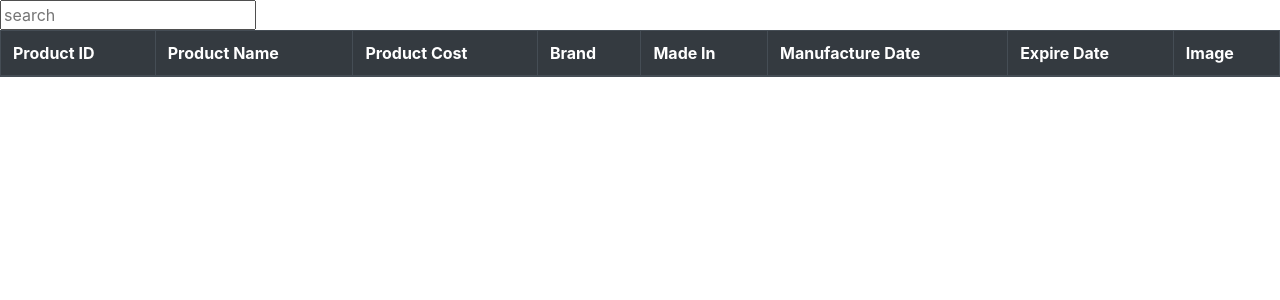
Repository: kamisettiprasanna/AdvJavaPrograms
Page: http://localhost/ProductManagementApp/productList.jsp
An editor plug-in stored every save of this project. The page is shown before and after the next save, followed by the edit.
The browser window is 1280 px wide. The pictures show the whole page.
The page is served by Tomcat 9. Other server files are loaded and not shown. Queries for data that is not in the repository find no rows.

Above is the page before, as saved 2024-03-06 06:38:36.

### ProductManagementApp/src/main/webapp/productList.jsp
<%@page import="com.sathya.servlet.*" import="java.util.Base64"%>
<%@ page language="java" contentType="text/html"%>
<%@taglib uri="http://java.sun.com/jsp/jstl/core" prefix="c" %>


<html>
<head>

<title>Product List</title>
<!-- BootStract CDN link to Get the Support of BootStrap-->

<link rel="stylesheet" href="https://stackpath.bootstrapcdn.com/bootstrap/4.5.2/css/bootstrap.min.css">

</head>
<body>
<div>
<input type="text" placeholder="search">
</div>
<table class="table table-bordered table-striped">

<thead class="thead-dark">
	<tr>

		<th>Product ID</th>
		<th>Product Name</th>
		<th>Product Cost</th>
		<th>Brand</th>
		<th>Made In</th>
		<th>Manufacture Date</th>
		<th>Expire Date</th>
		<th>Image</th>

	</tr>
</thead>

<tbody>
	<c:forEach var="product" items="<%=new ProductDao().findAll()%>">

		<tr>
			<td>${product.proId}</td>
			<td>${product.proName}</td>
			<td>${product.proPrice}</td>
			<td>${product.proBrand}</td>
			<td>${product.promadeIn}</td>
			<td>${product.promDate}</td>
			<td>${product.promeDate}</td>
			<td><img src="data:[embedded picture, 78 characters]" alt="ProductImage" style="max-width: 100px; max-height:100px;"></td>
       </tr>


	</c:forEach>
</tbody>


</table>

</body>
</html>

### ProductManagementApp/src/main/java/com/sathya/servlet/ProductDao.java
package com.sathya.servlet;

	import java.sql.Connection;
	import java.sql.PreparedStatement;
import java.sql.ResultSet;
import java.sql.SQLException;
import java.sql.Statement;
import java.util.ArrayList;
import java.util.List;

	public class ProductDao {
		public int save(Product_data product) throws SQLException
		{
			Connection connection=null;
			PreparedStatement preparedStatement=null;
			int saveResult=0;
			try
			{
				connection=DBconnection.createConnection();
				preparedStatement=connection.prepareStatement("INSERT INTO Product_data VALUES(?,?,?,?,?,?,?,?)");

				preparedStatement.setInt(1, product.getProId());
				preparedStatement.setString(2, product.getProName());
				preparedStatement.setDouble(3, product.getProPrice());
				preparedStatement.setString(4, product.getProBrand());
				preparedStatement.setString(5, product.getPromadeIn());
				preparedStatement.setDate(6, product.getPromDate());
				preparedStatement.setDate(7, product.getPromeDate());
				preparedStatement.setBytes(8, product.getProImage());
				saveResult = preparedStatement.executeUpdate();
		    }
			catch(SQLException e)
			{
				e.printStackTrace();
			}
			finally
			{
				if(preparedStatement!=null)
	                  preparedStatement.close();
				if(connection!=null)
	                 connection.close();
			}
			return saveResult;
	  	}



		public List<Product_data> findAll() {


				List<Product_data> products=new ArrayList<Product_data>();
				try(Connection connection=DBconnection.createConnection();
						Statement statement=connection.createStatement()){
					//execute the query
					ResultSet resultset=statement.executeQuery("select * from Product_data");

					while(resultset.next())
					{
						Product_data product=new Product_data();

						product.setProId(resultset.getInt("proId"));
						product.setProName(resultset.getString("proName"));
						product.setProPrice(resultset.getDouble("proPrice"));
						product.setProBrand(resultset.getString("proBrand"));
						product.setPromadeIn(resultset.getString("promadeIn"));
						product.setPromDate(resultset.getDate("promDate"));
						product.setPromeDate(resultset.getDate("promeDate"));
						product.setProImage(resultset.getBytes("proImage"));

				        products.add(product);

				}

			}
				catch(SQLException e) {
					e.printStackTrace();
				}
			return products;
	 }
	}

### ProductManagementApp/src/main/java/com/sathya/servlet/DBconnection.java
package com.sathya.servlet;

import java.sql.Connection;
import java.sql.DriverManager;
import java.sql.SQLException;

public class DBconnection {

	public static Connection createConnection() {
		// TODO Auto-generated method stub
		Connection connection1=null;
		try {
			Class.forName("oracle.jdbc.driver.OracleDriver");
			connection1=DriverManager.getConnection("jdbc:oracle:thin:@localhost:1521:xe","prasanna","prasanna");
		}
		catch(ClassNotFoundException | SQLException e) {
			e.printStackTrace();
		}
		return connection1;

	}

}

After the next save:
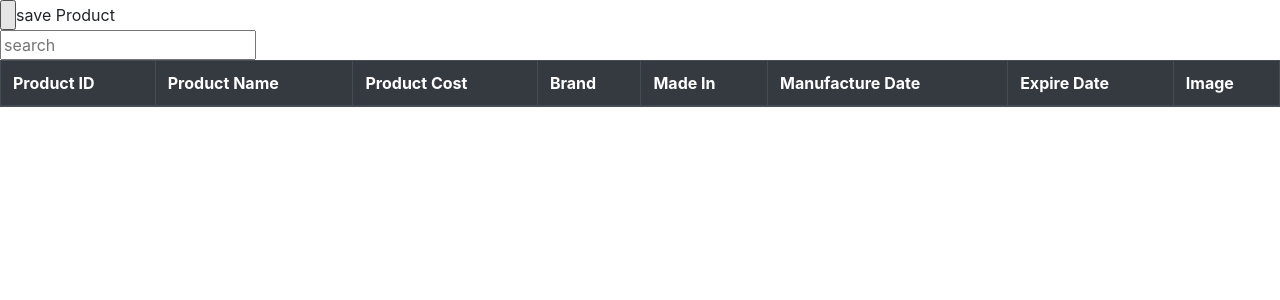
Saved 67 s later.
--- a/ProductManagementApp/src/main/webapp/productList.jsp
+++ b/ProductManagementApp/src/main/webapp/productList.jsp
@@ -13,6 +13,9 @@
 
 </head>
 <body>
+<div>
+<input type="button">save Product
+</div>
 <div>
 <input type="text" placeholder="search">
 </div>
